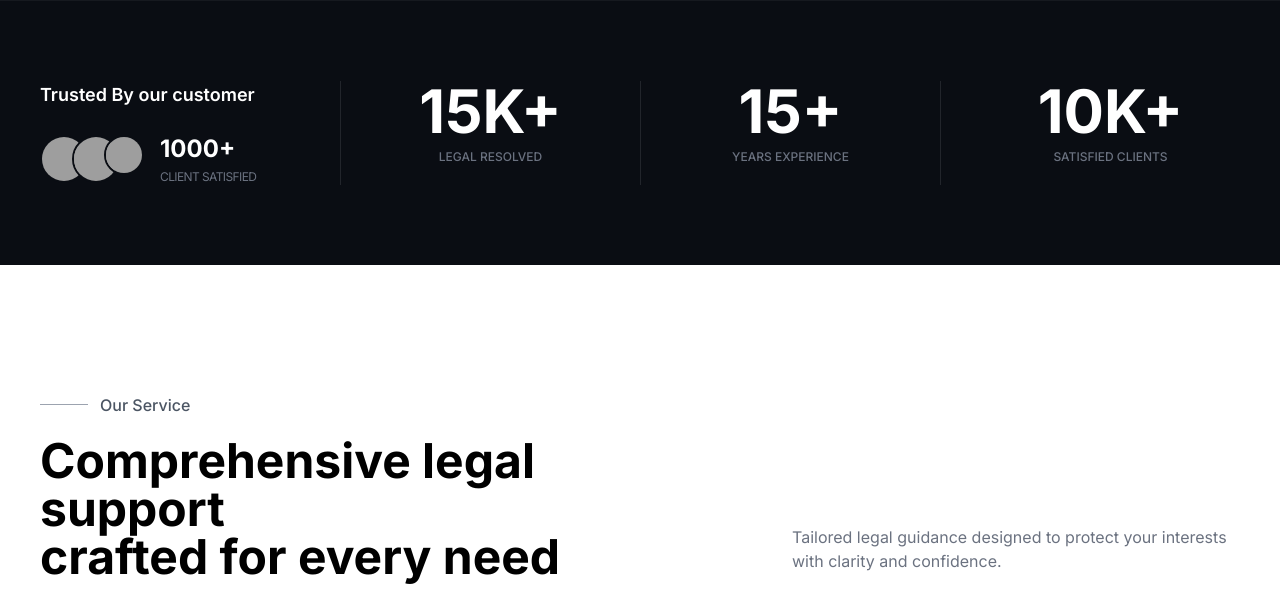
Repository: Iqbalhossen07/stonebridge3
Page: index.html
These files come from the project's save history. The page is drawn as it stood at one moment and after the next save; the edit follows.
The browser window is 1280 px wide. The pictures show the part of the page from y = 776 to 1373 px (the page is 2049 px tall before and 2001 px after).
Pictures or frames that could not be fetched are drawn as grey boxes. Some web libraries are served in a nearby version.

Above is the page before, as saved 2026-03-02 11:20:46.

After the next save:
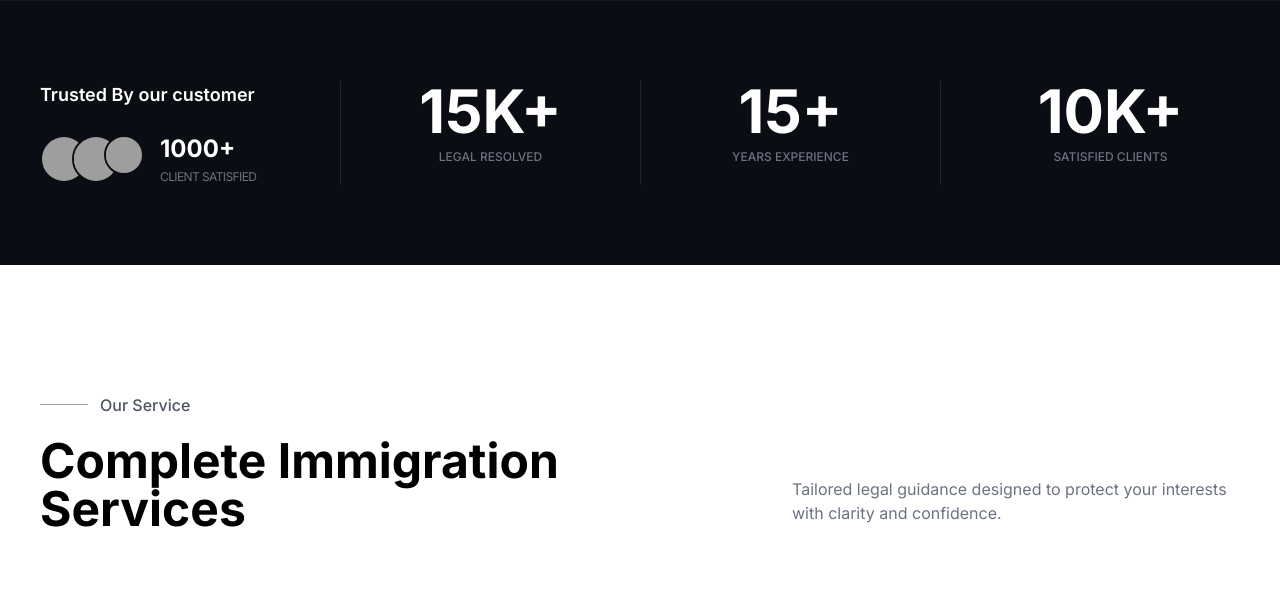
Saved 2 min 55 s later.
--- a/index.html
+++ b/index.html
@@ -242,7 +242,7 @@
                     Our Service
                 </p>
                 <h2 class="text-3xl md:text-4xl lg:text-5xl font-bold leading-[1.2] text-black">
-                    Comprehensive legal support<br class="hidden lg:block"> crafted for every need
+                  Complete Immigration Services
                 </h2>
             </div>
             <div class="max-w-md lg:pb-2">
